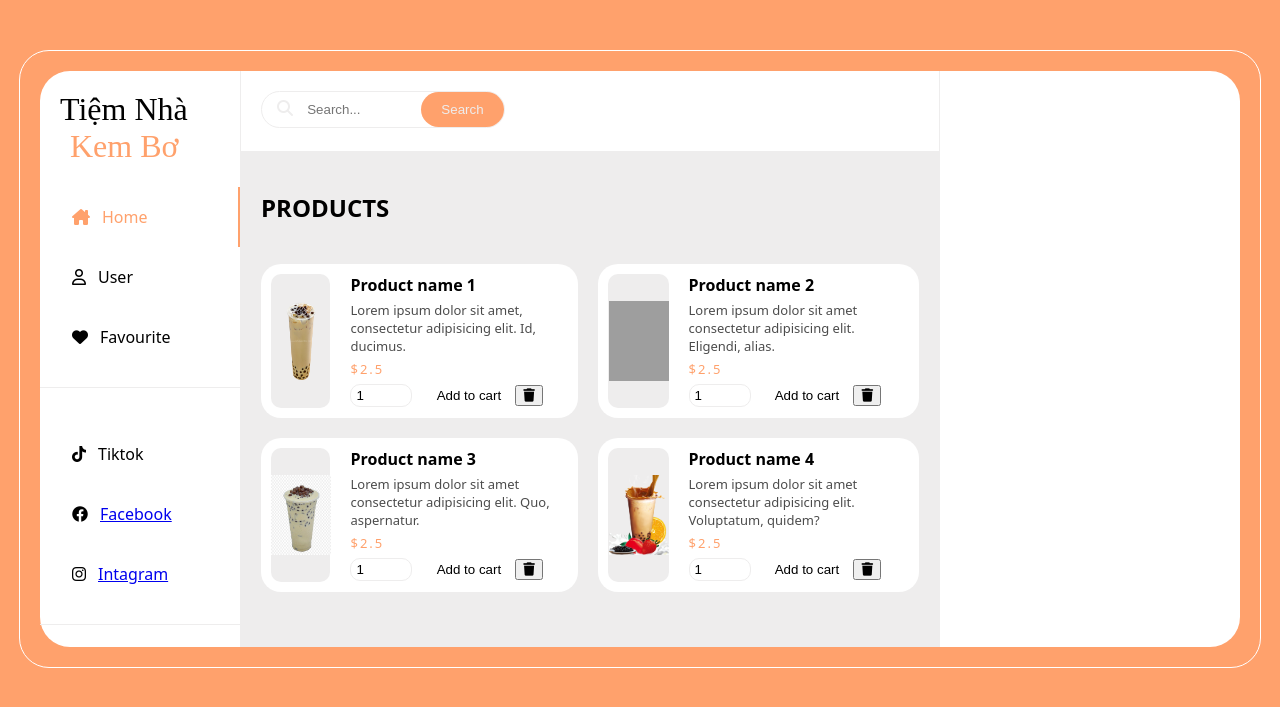
Repository: hnguyeng/tiemnhabo
Page: index.html
The author's editor kept a copy of each file at every save. The page is drawn from the files as they stood at one save, then again after the next save.
The browser window is 1280 px wide. The pictures show the whole page.
Pictures or frames that could not be fetched are drawn as grey boxes.

Above is the page before, as saved 2022-12-13 16:24:09.

### index.html
<!DOCTYPE html>
<html lang="en">
<head>
    <meta charset="UTF-8">
    <meta http-equiv="X-UA-Compatible" content="IE=edge">
    <meta name="viewport" content="width=device-width, initial-scale=1.0">
    <title>Document</title>
    <link rel="stylesheet" href="./style.css">
    <link rel="stylesheet" href="https://cdnjs.cloudflare.com/ajax/libs/font-awesome/6.2.1/css/all.min.css">
</head>
<body>
    <div class="container">
        <div class="menu">
            <div class="logo">
                Tiệm Nhà <span>Kem Bơ</span>
            </div>
            <ul>
                <li class="active"><i class="fa-solid fa-house-chimney"></i>Home</li>
                <li><i class="fa-regular fa-user"></i>User</li>
                <li><i class="fa-solid fa-heart"></i>Favourite</li>
            </ul>
            <ul>
                <li><i class="fa-brands fa-tiktok"></i>Tiktok</li>
                <li><i class="fa-brands fa-facebook"></i><a href="https://www.facebook.com/Hin229/">Facebook</a> </li>
                <li><i class="fa-brands fa-instagram"></i><a href="https://www.instagram.com/n.q.h.2209/">Intagram</a></li>
            </ul>
        </div>
        <div class="center">
            <div class="search">
                <div class="form">
                    <i class="fa-solid fa-magnifying-glass"></i>
                    <input type="text" placeholder="Search...">
                    <button>Search</button>
                </div>
            </div>
            <h2>PRODUCTS</h2>
            <div class="list">
                <div class="item" data-key="1">
                    <div class="img">
                        <img src="./img/freepng1191-tra-sua-nuoc-giai-khat-do-uong-png-hinh-tach-nen-14.png" alt="">
                    </div>
                    <div class="content">
                        <div class="title">Product name 1</div>
                        <div class="des">
                           Lorem ipsum dolor sit amet, consectetur adipisicing elit. Id, ducimus.
                        </div>
                        <div class="price">$2.5</div>
                        <input type="number" class="count" min="1" value="1">
                        <button class="add">Add to cart</button>
                        <button class="remove"><i class="fa-solid fa-trash"></i></button>
                    </div>
                </div>
                <div class="item" data-key="2">
                    <div class="img">
                        <img src="./img/freepng1205-tra-sua-nuoc-giai-khat-do-uong-png-hinh-tach-nen-28.png" alt="">
                    </div>
                    <div class="content">
                        <div class="title">Product name 2</div>
                        <div class="des">
                            Lorem ipsum dolor sit amet consectetur adipisicing elit. Eligendi, alias.
                        </div>
                        <div class="price">$2.5</div>
                        <input type="number" class="count" min="1" value="1">
                        <button class="add">Add to cart</button>
                        <button class="remove"><i class="fa-solid fa-trash"></i></button>
                    </div>
                </div>
                <div class="item" data-key="3">
                    <div class="img">
                        <img src="./img/kisspng-milkshake-milk-tea-red-bean-milk-tea-picture-material-5a96606943e004.536732111519804521278.jpg" alt="">
                    </div>
                    <div class="content">
                        <div class="title">Product name 3</div>
                        <div class="des">
                            Lorem ipsum dolor sit amet consectetur adipisicing elit. Quo, aspernatur.
                        </div>
                        <div class="price">$2.5</div>
                        <input type="number" class="count" min="1" value="1">
                        <button class="add">Add to cart</button>
                        <button class="remove"><i class="fa-solid fa-trash"></i></button>
                    </div>
                </div>
                <div class="item" data-key="4">
                    <div class="img">
                        <img src="./img/taifree1436-ly-tra-sua-huong-dau.png" alt="">
                    </div>
                    <div class="content">
                        <div class="title">Product name 4</div>
                        <div class="des">
                            Lorem ipsum dolor sit amet consectetur adipisicing elit. Voluptatum, quidem?
                        </div>
                        <div class="price">$2.5</div>
                        <input type="number" class="count" min="1" value="1">
                        <button class="add">Add to cart</button>
                        <button class="remove"><i class="fa-solid fa-trash"></i></button>
                    </div>
                </div>
            </div>
        </div>
        <div class="cart"></div>
    </div>
</body>
</html>

### style.css
 @import url('https://fonts.googleapis.com/css2?family=Roboto&display=swap');
 :root{
    --white: #fff;
    --light: #eeeded;
    --orange: #FFA16C;
 }
 body {
    background-color: var(--orange);
    font-family: system-ui;
    overflow: hidden;
 }
 .container{
    width: 1200px;
    border: 1px solid var(--white);
    max-width: 100%;
    margin: 50px auto 0;
    display: grid;
    grid-template-columns: 200px auto 300px;
    padding: 20px;
    border-radius: 30px;
    min-height: 80vh;
 }
 .container .menu{
    background-color: var(--white);
    border-top-left-radius: 30px;
    border-bottom-left-radius: 30px;
 }
 .container .cart{
    background-color: var(--white);
    border-top-right-radius: 30px;
    border-bottom-right-radius: 30px;
 }
 .container .center{
    background-color: var(--light);
    border-left: 1px solid var(--light);
    border-right: 1px solid var(--light);
 }
 /* menu */
 .menu .logo{
    padding: 20px 0 20px 20px ;
    font-family: 'lobster', cursive;
    font-size: xx-large;
    height: 40px;
 }
 .menu .logo span{
   color: var(--orange);
   margin-left: 10px;
 }
 .menu ul{
   padding: 20px 0 20px 20px;
   list-style:  none;
   border-bottom: 1px solid var(--light);
 }
 .menu ul li{
   padding: 10px 0;
 }
 .menu ul li i{
   margin: 12px;
 }
 .menu ul li.active{
   color: var(--orange);
   border-right: 2px solid var(--orange);
 }
 .menu ul li:hover{
   color: var(--orange);
   border-right: 2px solid var(--orange);
 }
 /* end menu */
 /* center */
 /* form */
 .center .search{
   background-color: var(--white);
   padding: 20px;
   height: 40px;
 }
 .center .search .form{
   width: max-content;
   border: 1px solid var(--light);
   border-radius: 20px;
   padding-left: 15px;
   color: var(--light);
 }
 .center .search .form input{
   border: none;
   padding: 0 10px;
   outline: none;
   width: 100px;
 }
 .center .search .form button{
   border: none;
   background-color: var(--orange);
   color: var(--light);
   padding: 10px 20px;
   border-radius: 20px;
 }
 /* end form */
 .item .img img{
   width: 60px;
   height: 80px;
 }
 .item .img{
  border-radius: 10px;
   background-color: var(--light);
   display: flex;
   justify-content: center;
   align-items: center;
 }
.center h2{
   padding: 20px;
}
.center .list{
   padding: 0 20px 20px;
   display: grid;
   grid-template-columns: auto auto;
   column-gap: 20px;
   row-gap: 20px;
}
.item{
   background-color: var(--white);
   display: grid;
   grid-template-columns: 20% auto;
   padding: 10px;
   column-gap: 20px;
   border-radius: 20px;
}
.item .content .title{
   font-weight: bold;
}
.item .content .des{
   font-size: small;
   opacity: 0.7;
   margin-top: 5px;
}
.item .content .price{
   color: var(--orange);
   letter-spacing: 2px;
   font-weight: 500;
   font-size: small;
   margin-top: 5px;
}
.item .count{
   width: 50px;
   border-radius: 10px;
   margin-right: 10px;
   padding: 3px 5px;
   border: 1px solid var(--light);
   outline: none;
}
.item .content .add{
   margin-top: 5px;
  background-color: #FFA16C;
   /* color: var(--white); */
   padding: 5px 10px;
   border: none;
   background: 5px;
}
 /* end center */

After the next save:
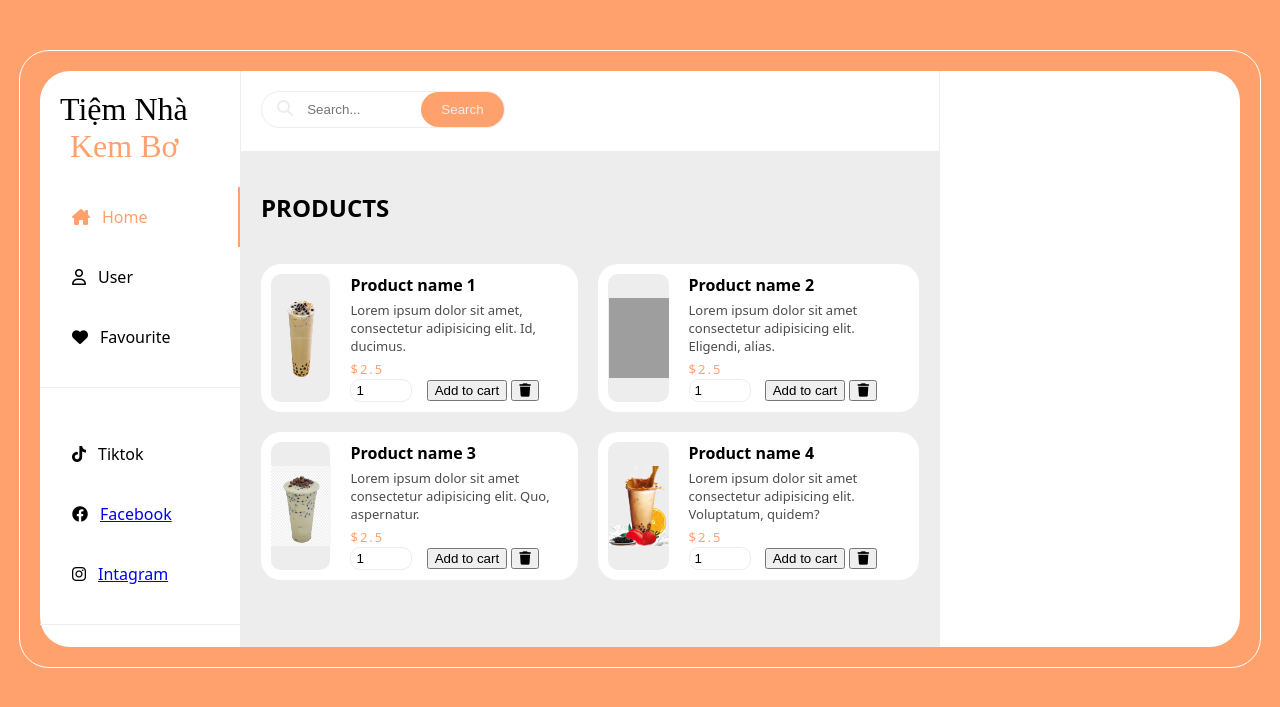
Saved 83 s later.
--- a/style.css
+++ b/style.css
@@ -146,12 +146,13 @@
    border: 1px solid var(--light);
    outline: none;
 }
-.item .content .add{
+/* .item .content .add{
    margin-top: 5px;
   background-color: #FFA16C;
    /* color: var(--white); */
-   padding: 5px 10px;
+   /* padding: 5px 10px;
    border: none;
    background: 5px;
-}
+} */
+
  /* end center */
